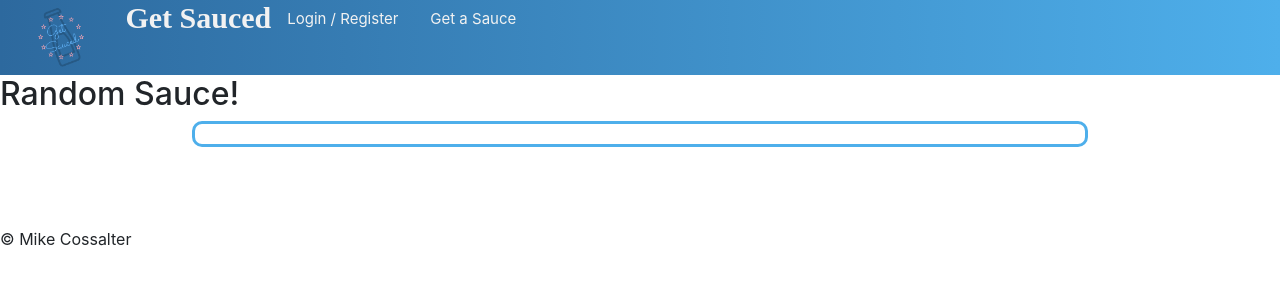
Repository: cossalter18/getSauced
Page: /#/about
An editor plug-in stored every save of this project. The page is shown before and after a run of saves, followed by the edit.
The browser window is 1280 px wide. The pictures show the whole page.
The page's requests for data from a server got no answer. The project was rebuilt for these pictures with package versions that can differ from the ones it lists, and the page was loaded fresh each time. No one was signed in, and anything a server would have sent is missing. Also part of the build but not shown: src/components/LogOutButton/LogOutButton.js, src/components/LoginPage/LoginPage.css, src/components/LoginPage/LoginPage.js, src/components/RegisterPage/RegisterPage.js, src/components/ProtectedRoute/ProtectedRoute.js, src/components/UserPage/UserPage.css, src/components/UserPage/UserPage.js, src/components/BlogPost/BlogPost.js and 11 more.

Above is the page before, as saved 2020-06-04 12:05:00.

After the next 2 saves:
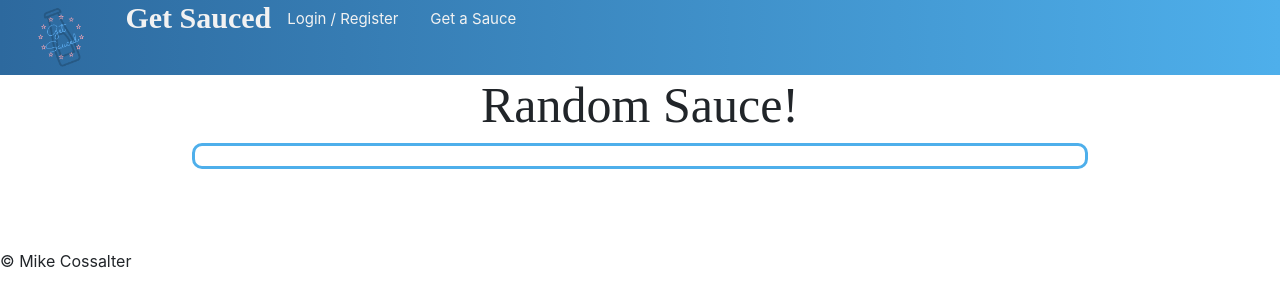
The 2 saves are shown as one change because they came seconds apart.
The last was saved 17 s later.
--- a/src/components/AboutPage/AboutPage.css
+++ b/src/components/AboutPage/AboutPage.css
@@ -33,3 +33,10 @@ display: block;
     font-size: small;
     /* margin: 10px; */
 }
+
+.rando {
+    text-align: center;
+     font-family: "SignPainter";
+      font-size: 50px;
+       font-weight: 100;
+}
